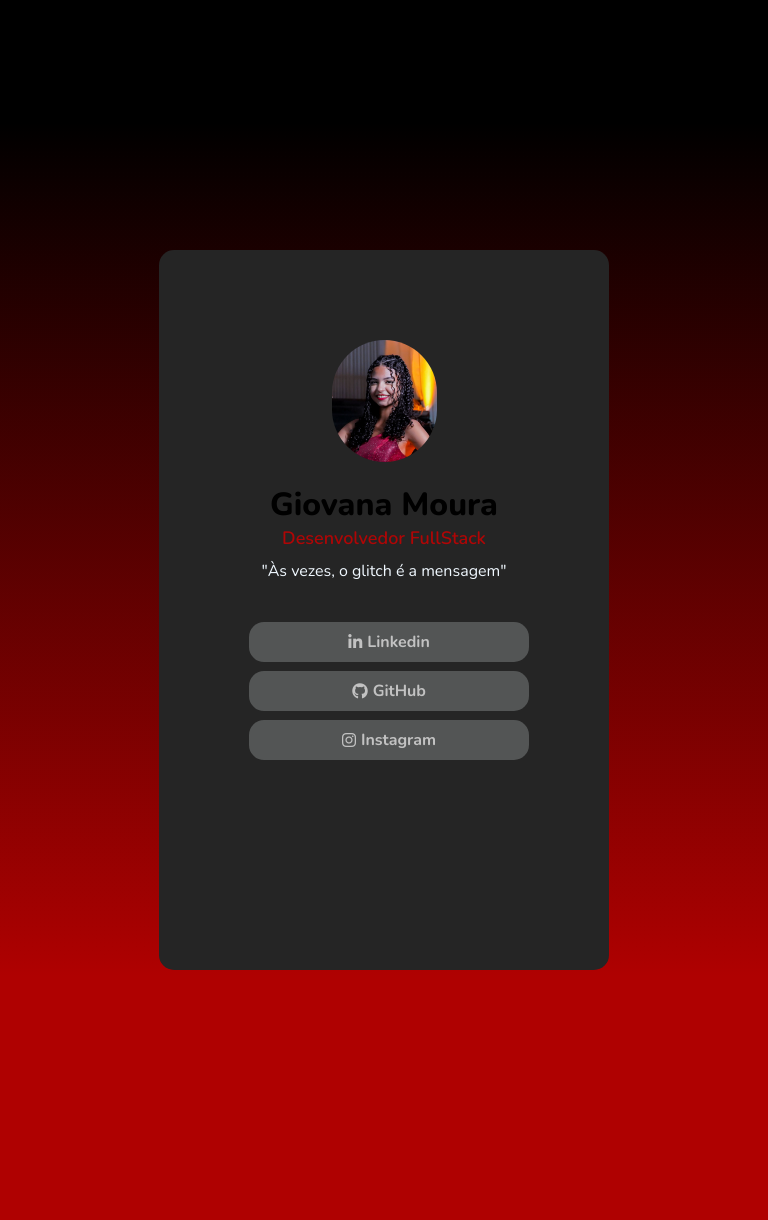
Repository: gimoli/linktree-giovana
Page: index.html
An editor plug-in stored every save of this project. The page is shown before and after the next save, followed by the edit.
The browser window is 768 px wide. The pictures show the whole page.

Above is the page before, as saved 2025-04-14 20:22:01.

After the next save:
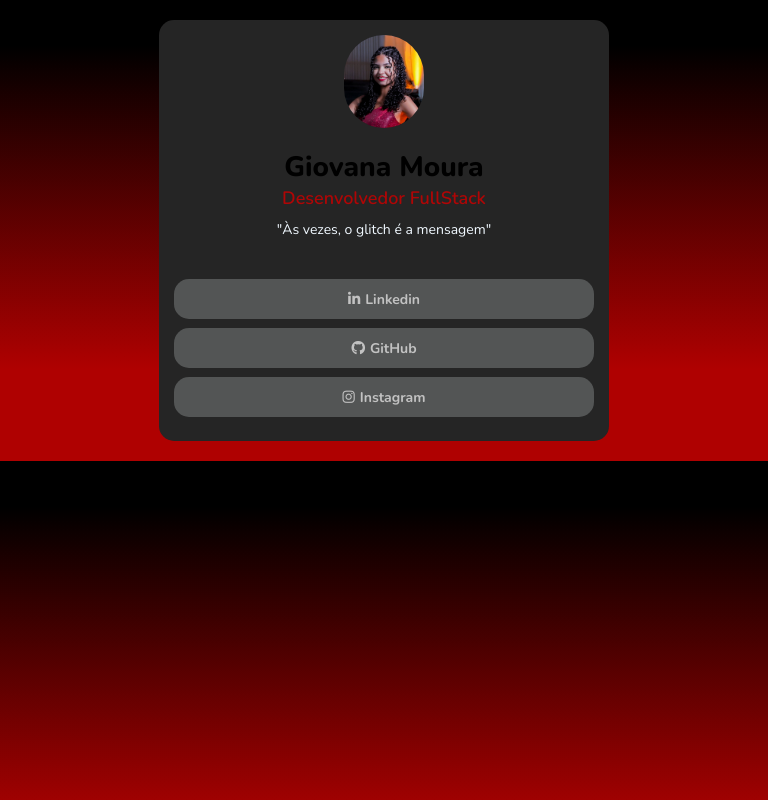
Saved 8 min 21 s later.
--- a/CSS/style.css
+++ b/CSS/style.css
@@ -1,6 +1,5 @@
-@import url("./effects.css");
-
-*{
+/* Estilos gerais */
+* {
     font-family: "Nunito", sans-serif;
     margin: 0;
     padding: 0;
@@ -13,23 +12,26 @@
     background-size: 400%;
 }
 
-
+/* Ajuste do container principal */
 .container-main {
     background-color: rgb(37, 37, 37);
-    width: 450px;
-    height: 720px;
+    width: 90%;  /* Ajuste de 450px para uma largura relativa */
+    max-width: 450px;  /* Largura máxima para evitar que fique muito grande */
+    height: auto;  /* Permite que a altura seja ajustada automaticamente */
     box-sizing: border-box;
-    margin: 250px auto;
-    padding: 90px;
+    margin: 20px auto;  /* Ajusta a margem para que o container não fique tão distante */
+    padding: 20px;  /* Ajuste de padding para que fique mais espaçado em telas pequenas */
     border-radius: 15px;
     text-align: center;
 }
 
-.container-imagem img{
+/* Ajuste da imagem */
+.container-imagem img {
     width: 105px;
     border-radius: 100px;
 }
 
+/* Ajustes nos textos */
 .container-infos {
     margin-top: 15px;
     margin-bottom: 10px;
@@ -39,7 +41,7 @@
     font-weight: 800;
 }
 
-.container-infos h3{
+.container-infos h3 {
     color: #af0606;
     font-weight: 600;
     font-size: 18px;
@@ -50,34 +52,57 @@
     color: aliceblue;
 }
 
-.container-social ul{
+/* Estilos para links e botões */
+.container-social ul {
     list-style-type: none;
 }
 
-.container-social a{
+.container-social a {
     text-decoration: none;
     color: rgb(194, 194, 194);
 }
 
-.container-social{
-  margin-top: 40px;
+.container-social {
+    margin-top: 40px;
 }
 
 .container-social li {
-  display: flex;
-  justify-content: center;
-  gap: 5px;
-  align-items: center;
-  width: 280px;
-  height: 40px;
-  background-color: rgb(83, 85, 85);
-  margin: 9px 0;
-  border-radius: 15px;
-  font-weight: 700;
-  transition-duration: 0.6s;
+    display: flex;
+    justify-content: center;
+    gap: 5px;
+    align-items: center;
+    width: 280px;
+    height: 40px;
+    background-color: rgb(83, 85, 85);
+    margin: 9px 0;
+    border-radius: 15px;
+    font-weight: 700;
+    transition-duration: 0.6s;
+}
 
-  &:hover{
+/* Hover nos botões sociais */
+.container-social li:hover {
     background-color: #c90c0c;
     transform: scale(1.1);
-  }
 }
+
+/* Media Query para telas menores (células) */
+@media (max-width: 768px) {
+    .container-main {
+        width: 95%;  /* Ajusta a largura para caber melhor nas telas menores */
+        padding: 15px;  /* Ajuste no padding */
+    }
+
+    .container-imagem img {
+        width: 80px;  /* Reduz o tamanho da imagem para telas menores */
+    }
+
+    .container-social li {
+        width: 100%;  /* Faz os botões ocuparem toda a largura disponível */
+        font-size: 14px;  /* Ajuste no tamanho da fonte */
+    }
+
+    body {
+        font-size: 14px;  /* Ajusta o tamanho da fonte para melhor leitura */
+    }
+}

After the save that followed:
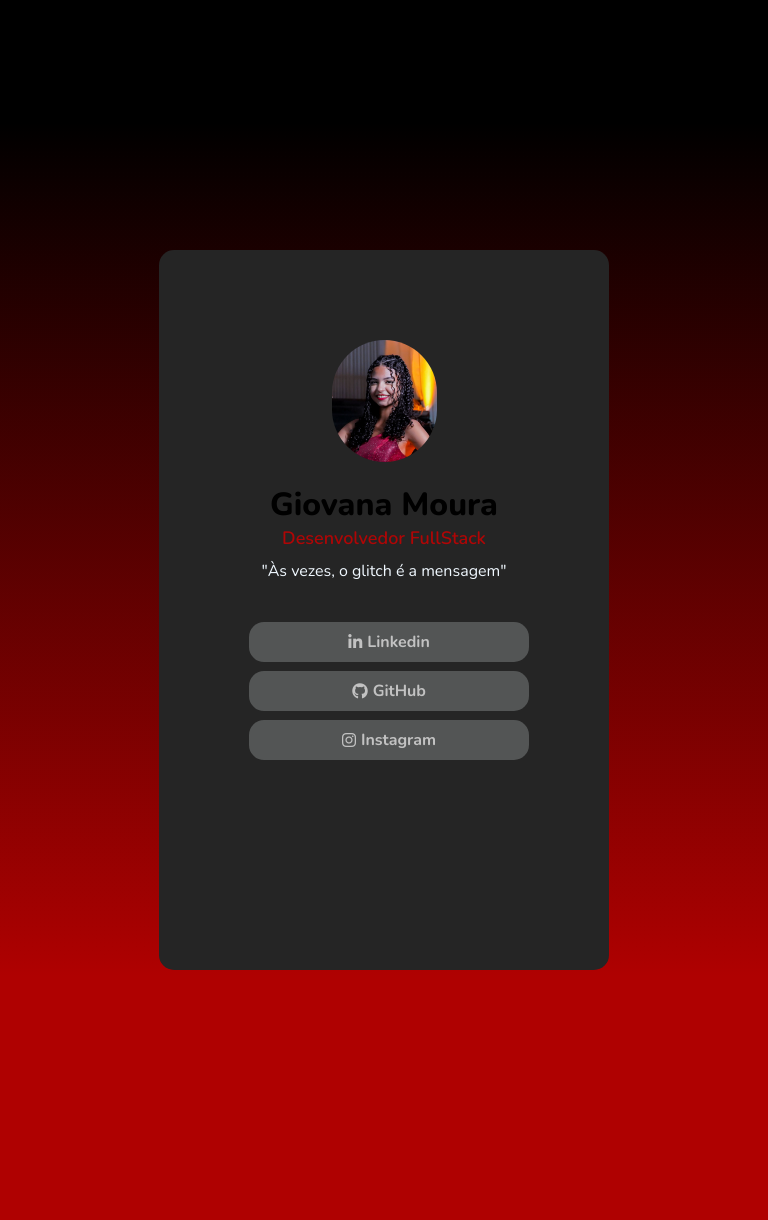
Saved 17 s later.
--- a/CSS/style.css
+++ b/CSS/style.css
@@ -1,5 +1,6 @@
-/* Estilos gerais */
-* {
+@import url("./effects.css");
+
+*{
     font-family: "Nunito", sans-serif;
     margin: 0;
     padding: 0;
@@ -12,26 +13,23 @@
     background-size: 400%;
 }
 
-/* Ajuste do container principal */
+
 .container-main {
     background-color: rgb(37, 37, 37);
-    width: 90%;  /* Ajuste de 450px para uma largura relativa */
-    max-width: 450px;  /* Largura máxima para evitar que fique muito grande */
-    height: auto;  /* Permite que a altura seja ajustada automaticamente */
+    width: 450px;
+    height: 720px;
     box-sizing: border-box;
-    margin: 20px auto;  /* Ajusta a margem para que o container não fique tão distante */
-    padding: 20px;  /* Ajuste de padding para que fique mais espaçado em telas pequenas */
+    margin: 250px auto;
+    padding: 90px;
     border-radius: 15px;
     text-align: center;
 }
 
-/* Ajuste da imagem */
-.container-imagem img {
+.container-imagem img{
     width: 105px;
     border-radius: 100px;
 }
 
-/* Ajustes nos textos */
 .container-infos {
     margin-top: 15px;
     margin-bottom: 10px;
@@ -41,7 +39,7 @@
     font-weight: 800;
 }
 
-.container-infos h3 {
+.container-infos h3{
     color: #af0606;
     font-weight: 600;
     font-size: 18px;
@@ -52,57 +50,34 @@
     color: aliceblue;
 }
 
-/* Estilos para links e botões */
-.container-social ul {
+.container-social ul{
     list-style-type: none;
 }
 
-.container-social a {
+.container-social a{
     text-decoration: none;
     color: rgb(194, 194, 194);
 }
 
-.container-social {
-    margin-top: 40px;
+.container-social{
+  margin-top: 40px;
 }
 
 .container-social li {
-    display: flex;
-    justify-content: center;
-    gap: 5px;
-    align-items: center;
-    width: 280px;
-    height: 40px;
-    background-color: rgb(83, 85, 85);
-    margin: 9px 0;
-    border-radius: 15px;
-    font-weight: 700;
-    transition-duration: 0.6s;
-}
+  display: flex;
+  justify-content: center;
+  gap: 5px;
+  align-items: center;
+  width: 280px;
+  height: 40px;
+  background-color: rgb(83, 85, 85);
+  margin: 9px 0;
+  border-radius: 15px;
+  font-weight: 700;
+  transition-duration: 0.6s;
 
-/* Hover nos botões sociais */
-.container-social li:hover {
+  &:hover{
     background-color: #c90c0c;
     transform: scale(1.1);
+  }
 }
-
-/* Media Query para telas menores (células) */
-@media (max-width: 768px) {
-    .container-main {
-        width: 95%;  /* Ajusta a largura para caber melhor nas telas menores */
-        padding: 15px;  /* Ajuste no padding */
-    }
-
-    .container-imagem img {
-        width: 80px;  /* Reduz o tamanho da imagem para telas menores */
-    }
-
-    .container-social li {
-        width: 100%;  /* Faz os botões ocuparem toda a largura disponível */
-        font-size: 14px;  /* Ajuste no tamanho da fonte */
-    }
-
-    body {
-        font-size: 14px;  /* Ajusta o tamanho da fonte para melhor leitura */
-    }
-}
